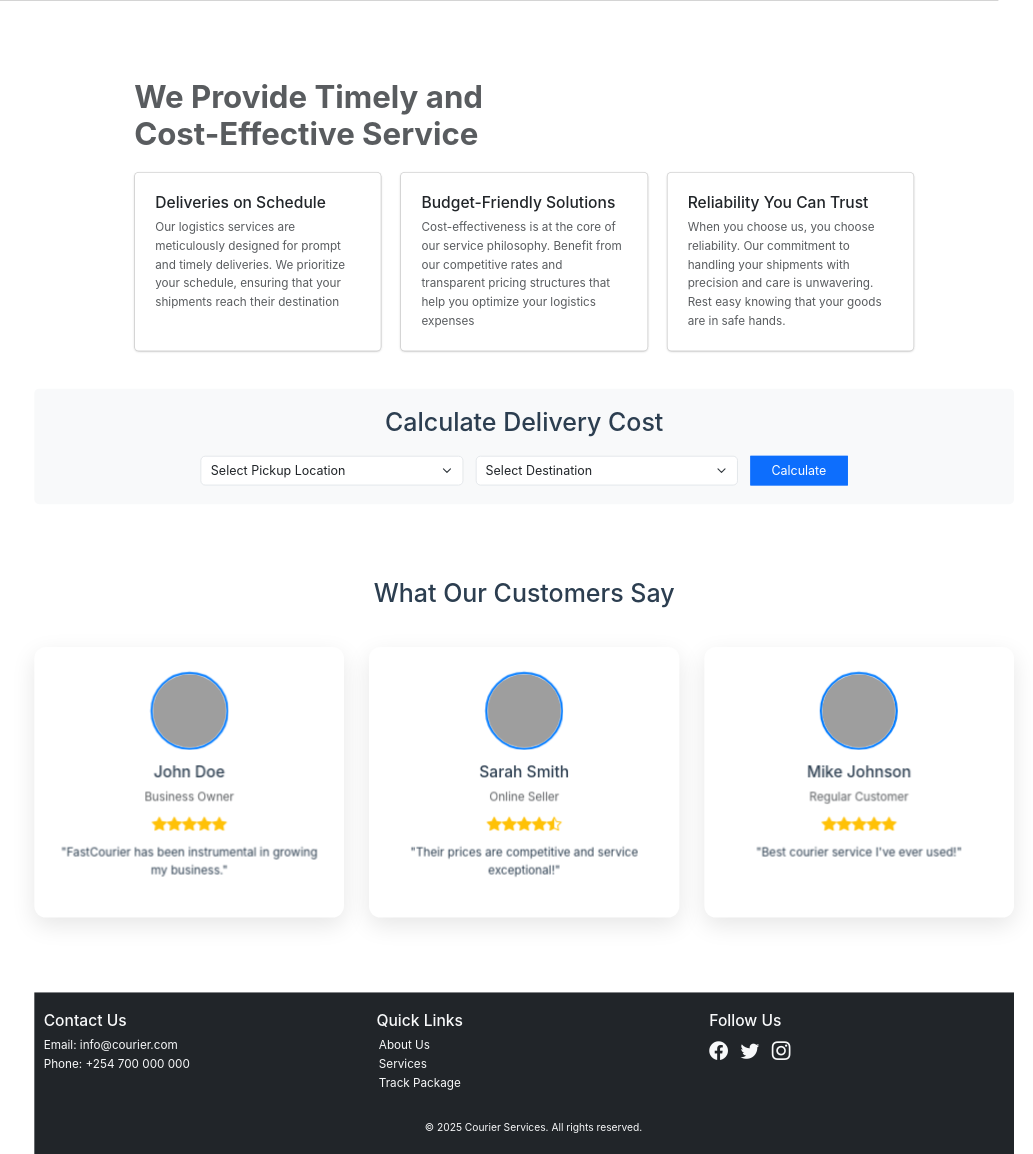
Repository: stancillous/package-yangu-logistics
Page: /
The author's editor kept a copy of each file at every save. The page is drawn from the files as they stood at one save, then again after a run of saves.
The browser window is 1280 px wide. The page is 1324 px wide, so the pictures cover 1324 px, including what lies to the right of the window. The pictures show the part of the page from y = 676 to 2180 px (the page is 2156 px tall before and 2180 px after), at 78% of full size.
Pictures or frames that could not be fetched are drawn as grey boxes. The project was rebuilt for these pictures with package versions that can differ from the ones it lists, and the page was loaded fresh each time. Also part of the build but not shown: vite.config.ts.

Above is the page before, as saved 2025-01-31 14:17:49.

### index.html
<!DOCTYPE html>
<html lang="">
  <head>
    <meta charset="UTF-8">
    <meta name="viewport" content="width=device-width, initial-scale=1.0">
    <link rel="icon" href="/favicon.ico">

    <!-- Bootstrap CSS -->
    <link href="https://cdn.jsdelivr.net/npm/bootstrap@5.3.0/dist/css/bootstrap.min.css" rel="stylesheet">
    <!-- Bootstrap Icons -->
    <link href="https://cdn.jsdelivr.net/npm/bootstrap-icons@1.11.1/font/bootstrap-icons.css" rel="stylesheet">

    <!-- Fonts -->

    <link rel="preconnect" href="https://fonts.googleapis.com">
    <link rel="preconnect" href="https://fonts.gstatic.com" crossorigin>
    <link href="https://fonts.googleapis.com/css2?family=Roboto:ital,wght@0,100..900;1,100..900&display=swap" rel="stylesheet">
    <title>Courier</title>

    <style>
      body{
        font-family: 'Roboto', sans-serif;
        overflow-x: hidden;
        width: 100vw;
      }

      button{
        border-radius: 0 !important;
      }

    </style>
  </head>
  <body>
    <div id="app"></div>


    <script type="module" src="/src/main.ts"></script>
    <!-- Bootstrap JS -->
    <script src="https://cdn.jsdelivr.net/npm/bootstrap@5.3.0/dist/js/bootstrap.bundle.min.js"></script>
  </body>
</html>

### src/main.ts
import './assets/main.css'

import { createApp } from 'vue'
import App from './App.vue'
import router from './router'

// import { BootstrapVue, BootstrapVueIcons } from 'bootstrap-vue'

// import 'bootstrap/dist/css/bootstrap.css'
// import 'bootstrap-vue/dist/bootstrap-vue.css'

const app = createApp(App)

// app.use(BootstrapVue)
// app.use(BootstrapVueIcons)

app.use(router)

app.mount('#app')

### src/App.vue
<script setup lang="ts">
import { RouterLink, RouterView } from 'vue-router'
import Index from './views/Index.vue'
</script>

<template>
  <div>
    <Index/>
  </div>

</template>

<style scoped>

body{
  border: 8px solid red !important;
}
</style>

### src/router/index.ts
import { createRouter, createWebHistory } from 'vue-router'
import Index from '../views/Index.vue'

const router = createRouter({
  history: createWebHistory(import.meta.env.BASE_URL),
  routes: [
    {
      path: '/',
      name: 'home',
      component: Index,
    },
    // {
    //   path: '/about',
    //   name: 'about',
    //   // route level code-splitting
    //   // this generates a separate chunk (About.[hash].js) for this route
    //   // which is lazy-loaded when the route is visited.
    //   component: () => import('../views/AboutView.vue'),
    // },
  ],
})

export default router

### src/views/Index.vue
<template>
    <div class="container">
      <nav class="navbar navbar-expand-lg navbar-light bg-white fixed-top shadow-sm">
        <div class="container">
          <a class="navbar-brand d-flex align-items-center" href="#">
            <i class="bi bi-box-seam fs-2 text-primary me-2"></i>
            <span class="fw-bold">FastCourier</span>
          </a>
          <button class="navbar-toggler" type="button" data-bs-toggle="collapse" data-bs-target="#navbarNav">
            <span class="navbar-toggler-icon"></span>
          </button>
          <div class="collapse navbar-collapse" id="navbarNav">
              <ul class="navbar-nav ms-auto">
                  <li><small class="text-uppercase"><a class="nav-link" href="#">home</a></small></li>
                  <li><small class="text-uppercase"><a class="nav-link" href="#">services</a></small></li>
                  <li><small class="text-uppercase"><a class="nav-link" href="#">about us</a></small></li>
                  <li><small class="text-uppercase"><a class="nav-link" href="#">news</a></small></li>
              </ul>
              <div class="ms-5">
                  <button class="btn btn-sm btn-outline-primary">CONTACT US</button>
              </div>
          </div>
        </div>
      </nav>

      <div class="content-wrapper">
        <div class="hero-section">
            <div class="hero-content">
                <h1 class="fw-bold  display-4">Seamless Shipping, <br> Unmatched Care</h1>
                <p class="card-text">Delivering Convenience with Every Shipment. Enjoy smooth logistics and outstanding customer service backed by our commitment to excellence.</p>
                <button class="btn btn-sm btn-light px-4 py-2 text-primary">Get Started</button>
            </div>
        </div>


        <!-- Services Section -->
        <div style="padding-top: 700px;" class="section-wrp">
          <h2 class="fw-bold display-6 mb-4 text-muted">We Provide Timely and <br> Cost-Effective Service</h2>
          <div class="row g-4">
            <div class="col-md-4">
              <div class="card h-100">
                <div class="card-body">
                  <!-- <i class="bi bi-truck fs-1 text-primary mb-3"></i> -->
                  <h5 class="card-title">Deliveries on Schedule</h5>
                  <p class="card-text text-muted">Our logistics services are meticulously designed for prompt and timely deliveries. We prioritize your schedule, ensuring that your shipments reach their destination</p>
                </div>
              </div>
            </div>
            <div class="col-md-4">
              <div class="card h-100">
                <div class="card-body">
                  <!-- <i class="bi bi-globe fs-1 text-primary mb-3"></i> -->
                  <h5 class="card-title">Budget-Friendly Solutions</h5>
                  <p class="card-text text-muted">Cost-effectiveness is at the core of our service philosophy. Benefit from our competitive rates and transparent pricing structures that help you optimize your logistics expenses</p>
                </div>
              </div>
            </div>
            <div class="col-md-4">
              <div class="card h-100">
                <div class="card-body">
                  <!-- <i class="bi bi-shield-check fs-1 text-primary mb-3"></i> -->
                  <h5 class="card-title">Reliability You Can Trust</h5>
                  <p class="card-text text-muted">When you choose us, you choose reliability. Our commitment to handling your shipments with precision and care is unwavering. Rest easy knowing that your goods are in safe hands.</p>
                </div>
              </div>
            </div>
          </div>
        </div>

        <!-- Delivery Calculator -->
        <div class="calculator-section my-5 py-4 bg-light rounded">
          <h2 class="text-center mb-4">Calculate Delivery Cost</h2>
          <div class="row justify-content-center">
            <div class="col-md-8">
              <div class="row g-3">
                <div class="col-md-5">
                  <select v-model="pickup" class="form-select">
                    <option value="" disabled selected>Select Pickup Location</option>
                    <option value="nairobi">Nairobi</option>
                    <option value="mombasa">Mombasa</option>
                    <option value="kisumu">Kisumu</option>
                    <option value="nakuru">Nakuru</option>
                    <option value="eldoret">Eldoret</option>
                  </select>
                </div>
                <div class="col-md-5">
                  <select v-model="destination" class="form-select">
                    <option value="" disabled selected>Select Destination</option>
                    <option value="nairobi">Nairobi</option>
                    <option value="mombasa">Mombasa</option>
                    <option value="kisumu">Kisumu</option>
                    <option value="nakuru">Nakuru</option>
                    <option value="eldoret">Eldoret</option>
                  </select>
                </div>
                <div class="col-md-2">
                  <button @click="calculatePrice" class="btn btn-primary w-100">Calculate</button>
                </div>
              </div>
              <div v-if="price" class="mt-4 text-center">
                <h4>Estimated Cost: KES {{ price }}</h4>
              </div>
            </div>
          </div>
        </div>

        <!-- Reviews Section -->
        <div class="reviews-section my-5 py-5">
          <h2 class="text-center mb-5">What Our Customers Say</h2>
          <div class="reviews-grid">
            <div class="review-card">
              <div class="review-image">
                <img src="https://randomuser.me/api/portraits/men/32.jpg" alt="John Doe">
              </div>
              <h5 class="mt-3">John Doe</h5>
              <p class="text-muted mb-2">Business Owner</p>
              <div class="rating mb-2">
                <i class="bi bi-star-fill text-warning"></i>
                <i class="bi bi-star-fill text-warning"></i>
                <i class="bi bi-star-fill text-warning"></i>
                <i class="bi bi-star-fill text-warning"></i>
                <i class="bi bi-star-fill text-warning"></i>
              </div>
              <p>"FastCourier has been instrumental in growing my business."</p>
            </div>

            <div class="review-card">
              <div class="review-image">
                <img src="https://randomuser.me/api/portraits/women/44.jpg" alt="Sarah Smith">
              </div>
              <h5 class="mt-3">Sarah Smith</h5>
              <p class="text-muted mb-2">Online Seller</p>
              <div class="rating mb-2">
                <i class="bi bi-star-fill text-warning"></i>
                <i class="bi bi-star-fill text-warning"></i>
                <i class="bi bi-star-fill text-warning"></i>
                <i class="bi bi-star-fill text-warning"></i>
                <i class="bi bi-star-half text-warning"></i>
              </div>
              <p>"Their prices are competitive and service exceptional!"</p>
            </div>

            <div class="review-card">
              <div class="review-image">
                <img src="https://randomuser.me/api/portraits/men/67.jpg" alt="Mike Johnson">
              </div>
              <h5 class="mt-3">Mike Johnson</h5>
              <p class="text-muted mb-2">Regular Customer</p>
              <div class="rating mb-2">
                <i class="bi bi-star-fill text-warning"></i>
                <i class="bi bi-star-fill text-warning"></i>
                <i class="bi bi-star-fill text-warning"></i>
                <i class="bi bi-star-fill text-warning"></i>
                <i class="bi bi-star-fill text-warning"></i>
              </div>
              <p>"Best courier service I've ever used!"</p>
            </div>
          </div>
        </div>

        <!-- Footer -->
        <footer class="bg-dark text-light py-4 mt-5">
          <div class="container">
            <div class="row">
              <div class="col-md-4">
                <h5>Contact Us</h5>
                <p>Email: info@courier.com<br>
                   Phone: +254 700 000 000</p>
              </div>
              <div class="col-md-4">
                <h5>Quick Links</h5>
                <ul class="list-unstyled">
                  <li><a href="#" class="text-light">About Us</a></li>
                  <li><a href="#" class="text-light">Services</a></li>
                  <li><a href="#" class="text-light">Track Package</a></li>
                </ul>
              </div>
              <div class="col-md-4">
                <h5>Follow Us</h5>
                <div class="fs-4">
                  <i class="bi bi-facebook me-3"></i>
                  <i class="bi bi-twitter me-3"></i>
                  <i class="bi bi-instagram"></i>
                </div>
              </div>
            </div>
            <div class="text-center mt-3">
              <small>&copy; 2025 Courier Services. All rights reserved.</small>
            </div>
          </div>
        </footer>
      </div>
    </div>
  </template>

  <script>
  export default {
    name: 'Index',
    data() {
      return {
        pickup: '',
        destination: '',
        price: null
      }
    },
    methods: {
      calculatePrice() {
        if (this.pickup && this.destination) {
          // Generate a random price between 1000 and 5000
          this.price = Math.floor(Math.random() * (5000 - 1000 + 1)) + 1000;
        }
      }
    }
  }
  </script>

  <style scoped>

.container {
      width: 100vw;
      max-width: 1500px;
      margin: auto;
  }

  .section-wrp{
    max-width: 1000px;
    margin: 1rem auto;
  }

.hero-section {
    position: absolute;
    left: 0;
  width: 100vw;
  height: 600px;
  background-image: url('https://images.unsplash.com/photo-1578575437130-527eed3abbec');
  background-size: cover;
  background-position: center;
  /* position: relative; */
  display: flex;
  align-items: center;
  justify-content: center;
  color: white;
  margin-left: calc(-50vw + 50%);
  margin-right: calc(-50vw + 50%);
}

.hero-section::before {
  content: '';
  position: absolute;
  top: 0;
  left: 0;
  width: 100%;
  height: 100%;
  background: rgba(0, 0, 0, 0.6);
}

.hero-content {
  position: relative;
  z-index: 2;
  max-width: 800px;
  text-align: left;
  padding: 0 1rem;
}




  .content-wrapper {
      margin-top: 76px;
  }


  .card {
    padding: 10px;
    box-shadow: rgba(0, 0, 0, 0.1) 0px 1px 3px 0px, rgba(0, 0, 0, 0.06) 0px 1px 2px 0px;

    p{
        line-height: 160%;
    }
  }

  .reviews-grid {
      display: grid;
      grid-template-columns: repeat(auto-fit, minmax(300px, 1fr));
      gap: 2rem;
      perspective: 1000px;
  }

  .review-card {
      background: white;
      border-radius: 15px;
      padding: 2rem;
      text-align: center;
      box-shadow: 0 10px 30px rgba(0, 0, 0, 0.1);
      transition: transform 0.5s;
      transform-style: preserve-3d;
  }

  .review-card:hover {
      transform: translateZ(20px) rotateX(5deg);
  }

  .review-image {
      width: 100px;
      height: 100px;
      margin: 0 auto;
      border-radius: 50%;
      overflow: hidden;
      border: 3px solid #007bff;
  }

  .review-image img {
      width: 100%;
      height: 100%;
      object-fit: cover;
  }

  .rating {
      font-size: 1.2rem;
  }

  @media (max-width: 768px) {
      .reviews-grid {
          grid-template-columns: 1fr;
      }
  }
  </style>

Loaded but not shown: src/assets/main.css (common file); src/assets/base.css (common file)

After the next 14 saves:
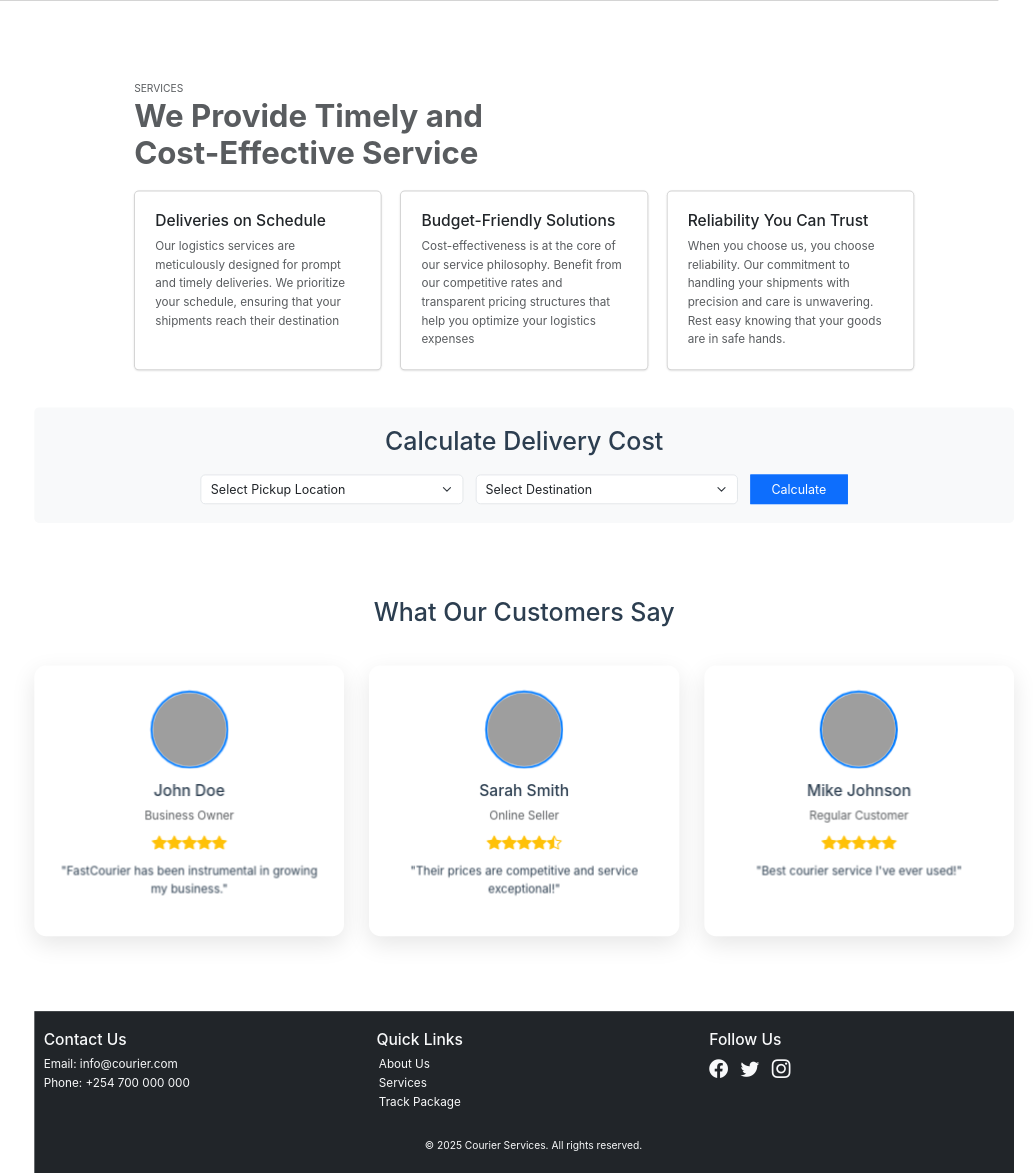
The 14 saves are shown as one change because they came seconds apart.
The last was saved 41 s later.
--- a/src/views/Index.vue
+++ b/src/views/Index.vue
@@ -35,6 +35,7 @@
 
         <!-- Services Section -->
         <div style="padding-top: 700px;" class="section-wrp">
+            <small class="text-muted text-uppercase">Services</small>
           <h2 class="fw-bold display-6 mb-4 text-muted">We Provide Timely and <br> Cost-Effective Service</h2>
           <div class="row g-4">
             <div class="col-md-4">
